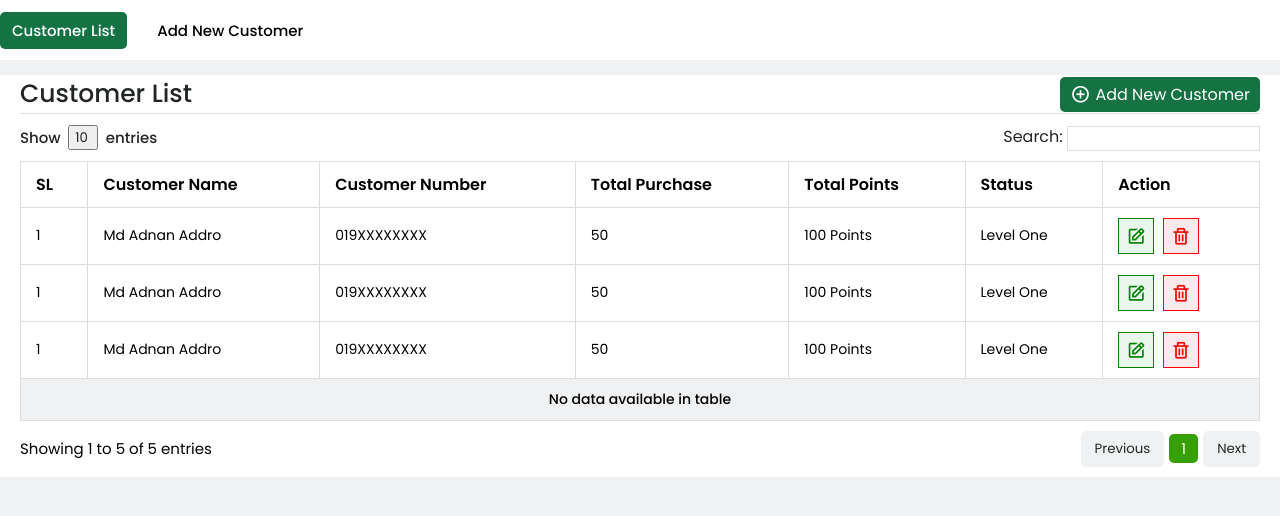
Repository: codebyaddro/customer-page
Page: customer.html
The author's editor kept a copy of each file at every save. The page is drawn from the files as they stood at one save, then again after a run of saves.
The browser window is 1280 px wide. The pictures show the whole page.

Above is the page before, as saved 2025-02-20 14:31:55.

### customer.html
<!DOCTYPE html>
<html lang="en">
<head>
    <meta charset="UTF-8">
    <meta name="viewport" content="width=device-width, initial-scale=1.0">
    <!-- CSS -->
    <link rel="stylesheet" href="css/customer.css">
    <!-- Icons -->
    <link href='https://unpkg.com/boxicons@2.1.4/css/boxicons.min.css' rel='stylesheet'>
    <title>Customer - Page</title>
</head>
<body style="background-color: var(--gray-white);">
    <div class="cba-customer-container">
        <div class="cba-cusc-top-menus">
            <ul>
                <li><a href="/index.html" class="cba-cusc-active-menu">Customer List</a></li>
                <li><a href="/inner-pages/html/anc.html" class="cba-cusc-light-up">Add New Customer</a></li>
            </ul>
        </div>
        <div class="cba-cusc-list-container">
            <div class="cba-cusc-heading-add-new-btn">
                <div class="cba-cusc-heading">
                    <h2>Customer List</h2>
                </div>
                <div class="cba-cusc-add-new-btn">
                    <i class='cba-cusc-add-icon bx bx-plus-circle'></i>
                    <a href="/inner-pages/html/anc.html">Add New Customer</a>
                </div>
            </div>
            <div class="cba-cusc-list-short-dpdwn-search-box">
                <div class="cba-cusc-list-short-dpdwn">
                    <h3>Show</h3>
                    <select name="10" id="">
                        <option value="">10</option>
                        <option value="">20</option>
                        <option value="">30</option>
                        <option value="">All</option>
                    </select>
                    <h3>entries</h3>
                </div>
                <div class="cba-cusc-search-box">
                    <legend>Search: <input type="text"></legend>
                </div>
            </div>
            <div class="cba-cusc-table-list">
                <table>
                    <thead>
                        <tr>
                            <th title="SL">SL</th>
                            <th title="Code">Customer Name</th>
                            <th title="Category Name">Customer Number</th>
                            <th title="Status">Total Purchase</th>
                            <th title="Status">Total Points</th>
                            <th title="Status">Status</th>
                            <th title="Action">Action</th>
                        </tr>
                    </thead>
                    <tbody>
                        <tr>
                            <td>1</td>
                            <td>Md Adnan Addro</td>
                            <td>019XXXXXXXX</td>
                            <td>50</td>
                            <td><span>100</span> Points</td>
                            <td><span class="cba-cusc-ls1">Level One</span></td>
                            <td>
                                <a title="Edit" href="#"><i class='cba-cusc-edit-icon bx bx-edit'></i></a>
                                <a title="Delete" href="#"><i class='cba-cusc-delete-icon bx bx-trash'></i></a>
                            </td>
                        </tr>
                        <tr>
                            <td>1</td>
                            <td>Md Adnan Addro</td>
                            <td>019XXXXXXXX</td>
                            <td>50</td>
                            <td><span>100</span> Points</td>
                            <td><span class="cba-cusc-ls1">Level One</span></td>
                            <td>
                                <a title="Edit" href="#"><i class='cba-cusc-edit-icon bx bx-edit'></i></a>
                                <a title="Delete" href="#"><i class='cba-cusc-delete-icon bx bx-trash'></i></a>
                            </td>
                        </tr>
                        <tr>
                            <td>1</td>
                            <td>Md Adnan Addro</td>
                            <td>019XXXXXXXX</td>
                            <td>50</td>
                            <td><span>100</span> Points</td>
                            <td><span class="cba-cusc-ls1">Level One</span></td>
                            <td>
                                <a title="Edit" href="#"><i class='cba-cusc-edit-icon bx bx-edit'></i></a>
                                <a title="Delete" href="#"><i class='cba-cusc-delete-icon bx bx-trash'></i></a>
                            </td>
                        </tr>
                        <tr class="cba-cusc-no-data-available">
                            <th colspan="7">No data available in table</th>
                        </tr>
                    </tbody>
                </table>
            </div>
            <div class="cba-cusc-entries-details-list-page-btn">
                <div class="cba-cusc-entries-details">
                    Showing <span>1</span> to <span>5</span> of <span>5</span> entries
                </div>
                <div class="cba-cusc-list-page-btn">
                    <button>Previous</button>
                    <h4><span>1</span></h4>
                    <button>Next</button>
                </div>
            </div>
        </div>
    </div>
</body>
</html>

### css/customer.css
/* -- fonts -- */
@import url('https://fonts.googleapis.com/css2?family=Poppins:ital,wght@0,100;0,200;0,300;0,400;0,500;0,600;0,700;0,800;0,900;1,100;1,200;1,300;1,400;1,500;1,600;1,700;1,800;1,900&family=Raleway:ital,wght@0,100..900;1,100..900&family=Roboto:ital,wght@0,100;0,300;0,400;0,500;0,700;0,900;1,100;1,300;1,400;1,500;1,700;1,900&family=VT323&display=swap');

/* -- root -- */

:root {
    --gray-white: #F0F1F2; /* For body*/
    --white: #FFFFFF;
    --black: #000000;
    --gray-black: #DDDDDD;
    --lt-black: #212523;
    --lt-black-op: #21252350;
    --main-green: #157343;
    --main-lt: #37A000;
    --lt-orange: #FD7E14;
    --green: #008000;
    --lt-green: #e9f6ec;
    --red: #FF0000;
    --lt-red: #fbeaec;
    --blue: #0000FF;
    --lt-blue: #e6e6ff;
}

/* --universal style -- */

* {
    margin: 0;
    padding: 0;
    box-sizing: border-box;
    font-family: "Poppins", serif;
}

/* -- website app text selection cursor style */

::selection {
    color: var(--white);
    background-color: var(--main-lt);
}

/* -- customer container style -- */

.cba-customer-container {
    width: 100%;
    /* margin-top: 25px; */
}

/* -- top menus style--  */

.cba-cusc-top-menus {
    background-color: var(--white);
    display: flex;
    justify-content: left;
    align-items: center;
    height: 60px;
    padding: 10px 20px;
    margin-bottom: 15px;
}

.cba-cusc-top-menus ul {
    list-style-type: none;
    display: flex;
    gap: 30px;
    margin-left: -20px;
}

.cba-cusc-top-menus ul li a {
    text-decoration: none;
    color: var(--black);
    font-size: 15px;
    font-weight: 500;
}

/* -- active menu style -- */

.cba-cusc-active-menu {
    color: var(--white)!important;
    background-color: var(--main-green);
    padding: 8px 12px;
    border-radius: 5px;
}

/* -- menu hover style -- */

.cba-cusc-light-up:hover {
    color: var(--lt-orange);
}

/* -- list container style -- */

.cba-cusc-list-container {
    background-color: var(--white);
    padding: 0px 20px;
}

/* -- heading-add-new-btn style -- */

.cba-cusc-heading-add-new-btn {
    display: flex;
    justify-content: space-between;
    align-items: center;
    border-bottom: 1px solid var(--gray-black) ;
}

.cba-cusc-heading h2 {
    color: var(--lt-black);
    font-size: 25px;
    font-weight: 500;
}

/* -- add-new-btn style -- */

.cba-cusc-add-new-btn {
    display: flex;
    gap: 5px;
    justify-content: baseline;
    align-items: center;
}

.cba-cusc-add-new-btn {
    background-color: var(--main-green);
    padding: 5px 10px;
    border-radius: 5px;
}

.cba-cusc-add-new-btn a {
    color: var(--white);
    text-decoration: none;
}

.cba-cusc-add-icon {
    color: var(--white);
    font-size: 20px;
}

/* -- list-short-dpdwn-search-box style -- */

.cba-cusc-list-short-dpdwn-search-box {
    display: flex;
    justify-content: space-between;
    align-items: center;
    padding: 10px 0px;
}

/* -- list-short-dpdwn style -- */

.cba-cusc-list-short-dpdwn {
    display: flex;
    gap: 7.5px;
    align-items: center;
}

.cba-cusc-list-short-dpdwn h3 {
    color: var(--lt-black);
    font-size: 15px;
    font-weight: 500;
}

.cba-cusc-list-short-dpdwn select {
    color: var(--lt-black);
    appearance: none;
    height: 25px;
    width: 30px;
    padding-left: 6px;
    outline: none;
    border-radius: 2.5px;
}

/* -- search-box style -- */

.cba-cusc-search-box {
    display: flex;
    align-items: center;
}

.cba-cusc-search-box legend {
    color: var(--lt-black);
}

.cba-cusc-search-box input {
    outline: none;
    height: 25px;
    width: 193px;
    border: 1px solid var(--gray-black);
}

/* -- table-list style --*/

table {
    border-collapse: collapse;
    width: 100%;
}

@media (max-width: 768px) {
    table {
        width: 100%;
        padding: 0rem;
        display: block;
        overflow-x: scroll;
        overflow-y: hidden;
        scrollbar-width: thin;
        scrollbar-color: var(--black);
    }
}

/* -- thead style -- */

thead {
    cursor: pointer;
}

th, td {
    border: 1px solid var(--gray-black);
    padding: 10px 15px;
}

thead tr th {
    font-size: 1rem;
    font-weight: 600;
    text-align: left;
}

tbody tr td {
    font-size: 0.875rem;
}

tbody tr:hover {
    background-color: var(--gray-white);
}

/* -- tbody style -- */

/* status style */

.cba-cusc-active {
    color: var(--green);
    background-color: var(--lt-green);
    font-size: 12px;
    font-weight: 500;
    padding: 2.5px 7.5px;
    border-radius: 5px;
}

.cba-cusc-inactive {
    color: var(--red);
    background-color: var(--lt-red);
    font-size: 12px;
    font-weight: 500;
    padding: 2.5px 7.5px;
    border-radius: 5px;
}

/* -- action style -- */

.cba-cusc-edit-icon {
    color: var(--green);
    background-color: var(--lt-green);
    padding: 7px 7px;
    margin-right: 2.5px;
    border: 1px solid var(--green);
    font-size: 20px;
}

.cba-cusc-edit-icon:hover {
    background-color: var(--lt-black-op);
}

.cba-cusc-delete-icon {
    color: var(--red);
    background-color: var(--lt-red);
    padding: 7px 7px;
    margin-left: 2.5px;
    border: 1px solid var(--red);
    font-size: 20px;
}

.cba-cusc-delete-icon:hover {
    background-color: var(--lt-black-op);
}

/* -- no data style */

.cba-cusc-no-data-available th {
    font-size: 14px;
    font-weight:500;
    color: var(--black);
    background-color: var(--gray-white);
}

/* -- entries-details-list-page-btn style -- */

.cba-cusc-entries-details-list-page-btn {
    display: flex;
    justify-content: space-between;
    align-items: center;
    padding: 10px 0px;
}

.cba-cusc-entries-details {
    color: var(--black);
    font-size: 15px;
}

.cba-cusc-list-page-btn {
    display: flex;
    gap: 5px;
    align-items: center;
}

.cba-cusc-list-page-btn button {
    color: var(--lt-black);
    background-color: var(--gray-white);
    padding: 8px 14px;
    border: none;
    border-radius: 5px;
    cursor: pointer;
}

.cba-cusc-list-page-btn > h4 {
    color: var(--white);
    background-color: var(--main-lt);
    font-size: 15px;
    font-weight: 400;
    padding: 3px 12px;
    border-radius: 5px;
}

After the next 2 saves:
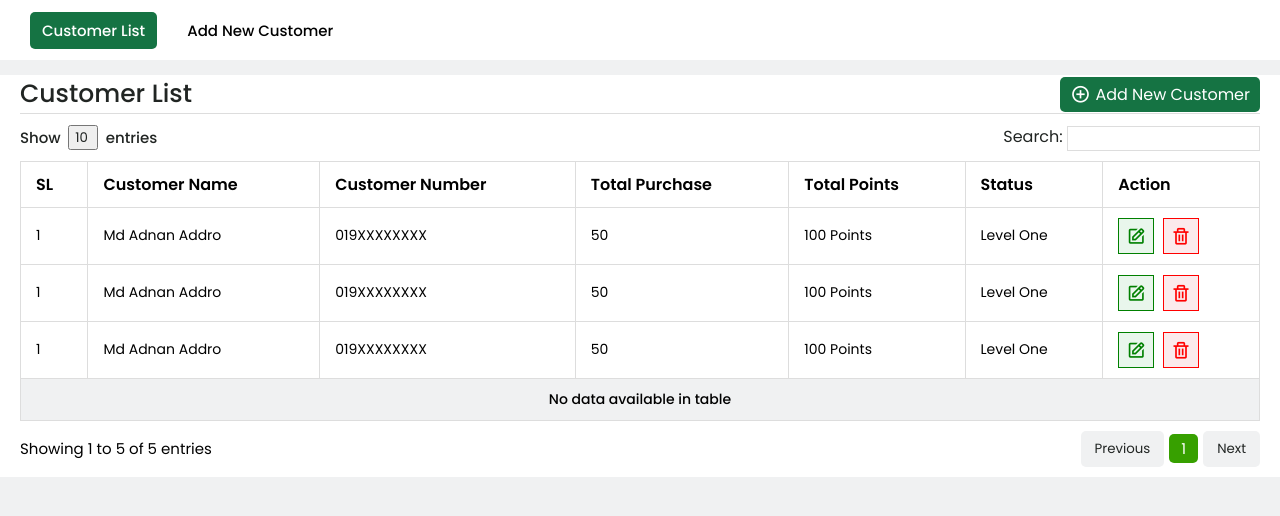
The 2 saves are shown as one change because they came seconds apart.
The last was saved 66 s later.
--- a/css/customer.css
+++ b/css/customer.css
@@ -52,7 +52,7 @@
     justify-content: left;
     align-items: center;
     height: 60px;
-    padding: 10px 20px;
+    padding: 10px 50px;
     margin-bottom: 15px;
 }
 
